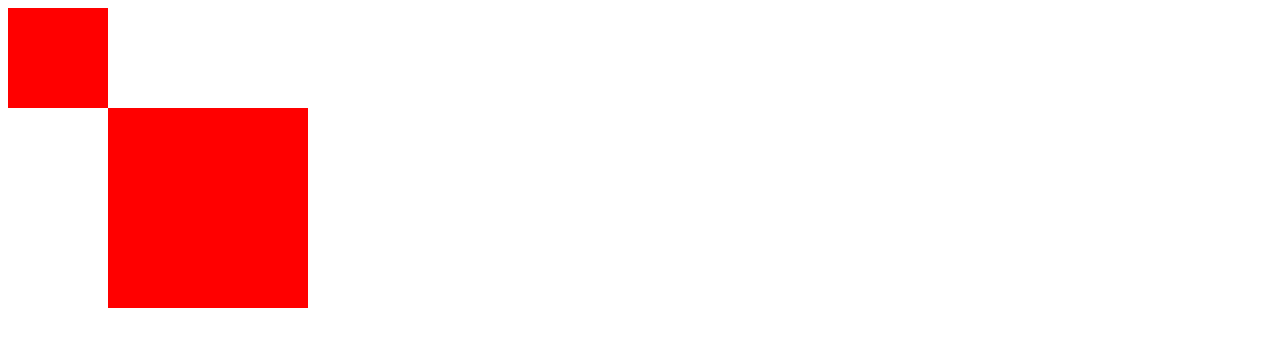
Repository: Shinhan1/shinhan
Page: http://localhost/web_goott/w20200324/w20200324_Test.jsp
These files come from the project's save history. The page is drawn as it stood at one moment and after the next save; the edit follows.
The browser window is 1280 px wide. The pictures show the whole page.
After loading, the first visible `#div2` was clicked once.
The page is served by Tomcat 9.

Above is the page before, as saved 2020-03-24 07:51:52.

### web_goott/WebContent/w20200324/w20200324_Test.jsp
<%@ page language="java" contentType="text/html; charset=UTF-8"
    pageEncoding="UTF-8"%>
<!DOCTYPE html>
<html>
<head>
<meta charset="UTF-8">
<title>Test01</title>
<style type="text/css">
	div{
		margin-left: 0px;
		width: 100px;
		height: 100px;
		background-color: red;
	}
</style>
<script src="https://ajax.googleapis.com/ajax/libs/jquery/3.4.1/jquery.min.js"></script>
<script type="text/javascript">
	$(function(){
		$('#div1').click(function(){
			$(this).animate({
				marginLeft: "+=100"
			}, 500);
			$(this).animate({
				width : "+=100"
			}, 500);
			$(this).animate({
				height : "+=100"
			}, 500);

		});

		$('#div2').click(function(){
			$(this).animate({
				marginLeft: "+=100"
			}, 500);
			$(this).animate({
				width : "+=100"
			}, 500);
			$(this).animate({
				height : "+=100"
			}, 500);

		});

	});
</script>
</head>
<body>
	<div id="div1"></div>
	<div id="div2"></div>

</body>
</html>

After the next save:
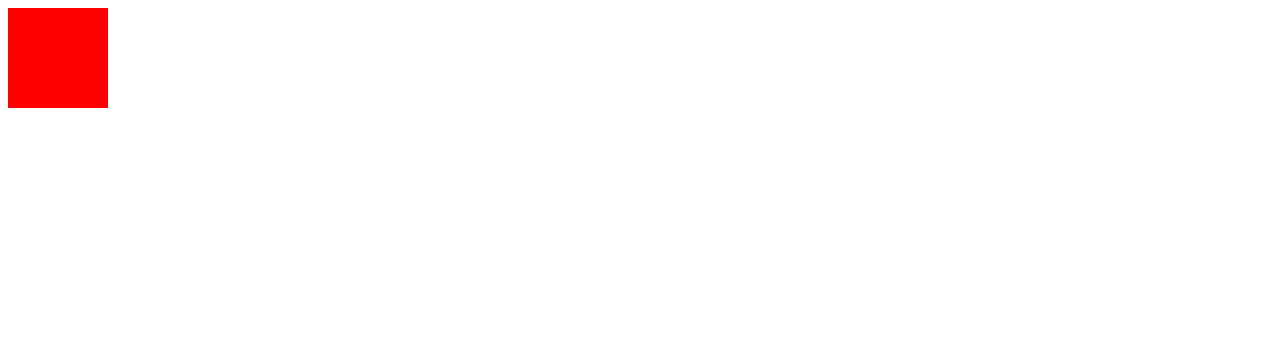
Saved 72 s later.
--- a/web_goott/WebContent/w20200324/w20200324_Test.jsp
+++ b/web_goott/WebContent/w20200324/w20200324_Test.jsp
@@ -38,7 +38,9 @@
 			}, 500);
 			$(this).animate({
 				height : "+=100"
-			}, 500);
+			}, 500, function(){
+				$(this).hide();
+			});
 
 		});
 
